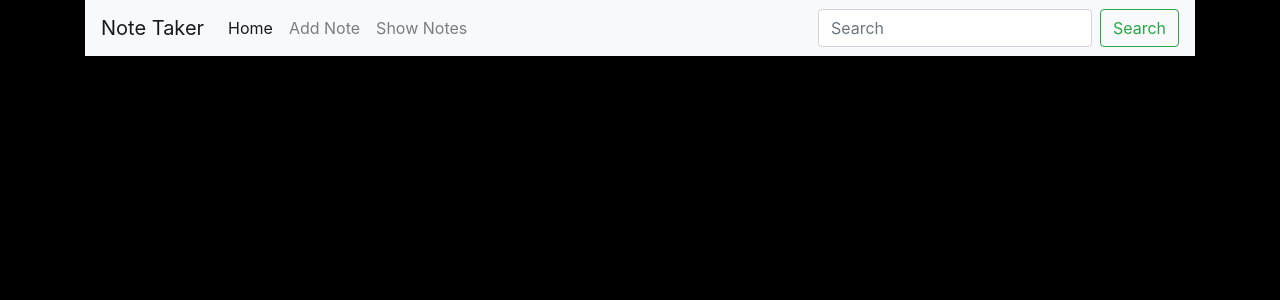
Repository: Sahil98-java/Notes_taker
Page: http://localhost/Notetker/
The author's editor kept a copy of each file at every save. The page is drawn from the files as they stood at one save, then again after the next save.
The browser window is 1280 px wide. The pictures show the whole page.
Some web libraries are served in a nearby version. The page is served by Tomcat 9.

Above is the page before, as saved 2022-05-13 05:15:41.

After the next save:
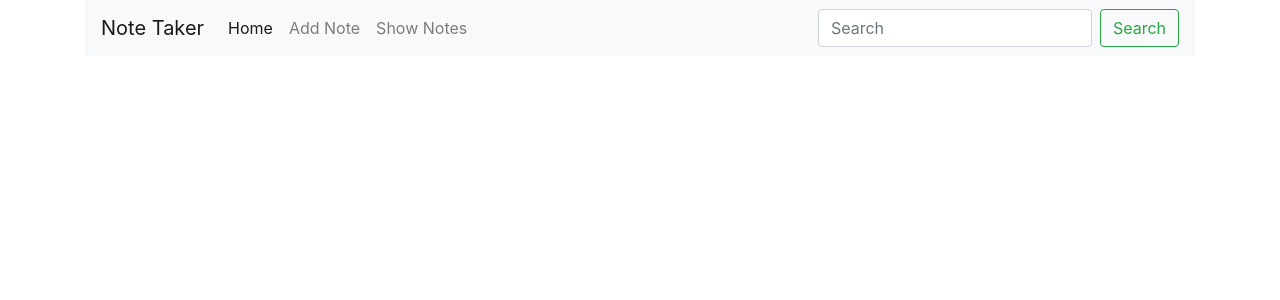
Saved 108 s later.
--- a/Notetker/src/main/webapp/Css/style.css
+++ b/Notetker/src/main/webapp/Css/style.css
@@ -1,4 +1,4 @@
-body{
+.purple{
 
-	background: black;
+	background: #3f51b5;
 }
